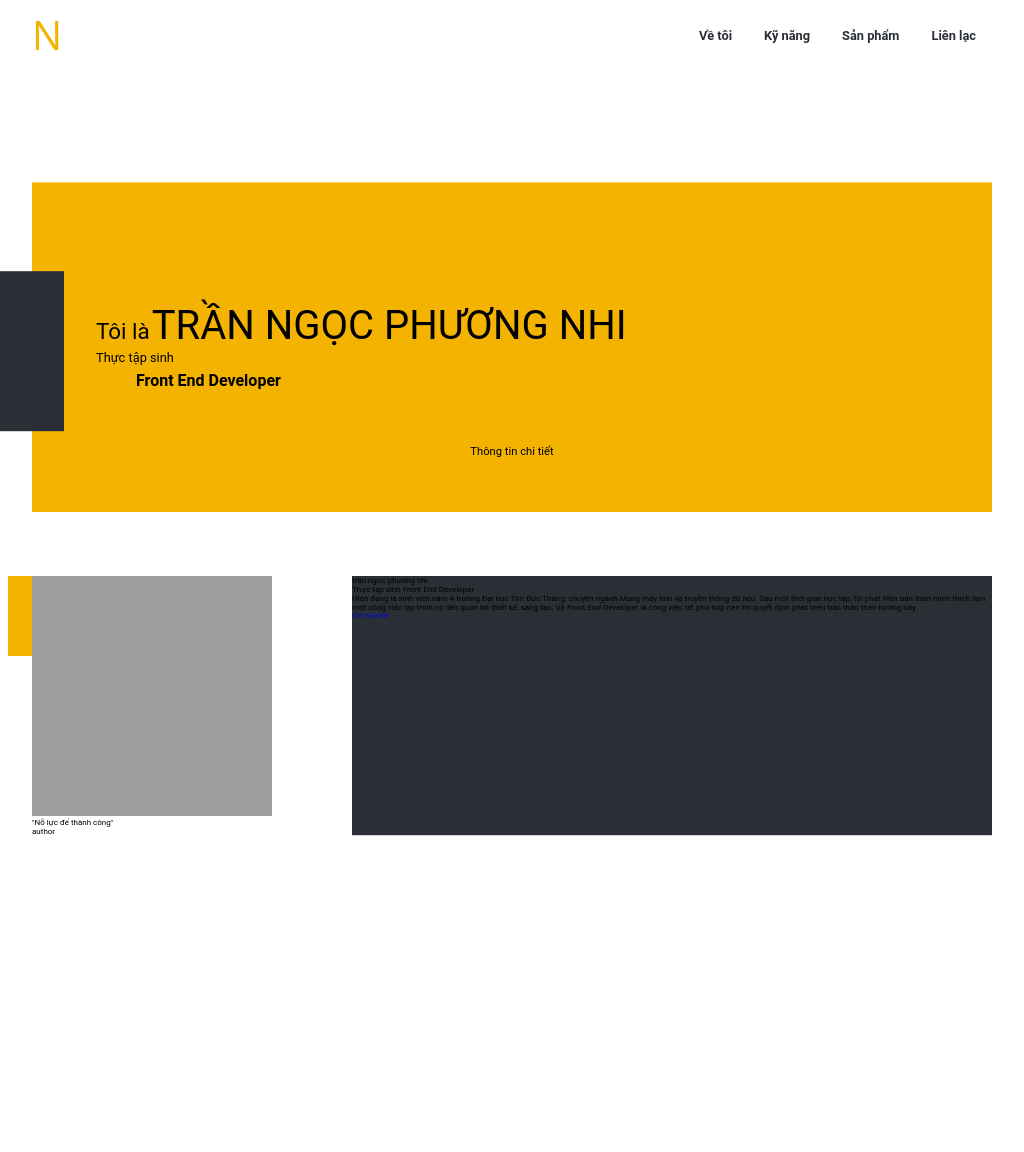
Repository: TranNgocPhuongNhi/my-portfolio
Page: index.html
The author's editor kept a copy of each file at every save. The page is drawn from the files as they stood at one save, then again after the next save.
The browser window is 1280 px wide. The pictures show the whole page, at 80% of full size.
Pictures or frames that could not be fetched are drawn as grey boxes. Some icons come from a web library that is not loaded, so they are not drawn. Some web libraries are served in a nearby version.

Above is the page before, as saved 2021-07-04 16:01:03.

### index.html
<!DOCTYPE html>
<html lang="en">
<head>
    <meta charset="UTF-8">
    <meta http-equiv="X-UA-Compatible" content="IE=edge">
    <meta name="viewport" content="width=device-width, initial-scale=1.0">
    <title>My Portfolio</title>
    <link rel="stylesheet" href="https://pro.fontawesome.com/releases/v5.10.0/css/all.css" integrity="sha384-AYmEC3Yw5cVb3ZcuHtOA93w35dYTsvhLPVnYs9eStHfGJvOvKxVfELGroGkvsg+p" crossorigin="anonymous"/>
    <link rel="stylesheet" href="resources/css/main.css">
    <link rel="stylesheet" href="resources/css/responsive.css">
    <link rel="shortcut icon" href="favicon.ico">
</head>
<body>
    <header id="header">
        <nav class="header__nav">
            <div class="container">
                <div class="header__nav-content">
                    <!-- <img src="" alt="logo"> -->
                    <a href="#index.html" class="header__nav-logo">N</a>
                    <ul class="header__nav-list">
                        <li class="nav-item"><a href="#about">Về tôi</a></li>
                        <li class="nav-item"><a href="#skills">Kỹ năng</a></li>
                        <li class="nav-item"><a href="#products">Sản phẩm</a></li>
                        <li class="nav-item"><a href="#contact">Liên lạc</a></li>
                    </ul>
                </div>
            </div>
        </nav>
        <div class="container">
            <div class="header__info">
                <div class="header__info-content">
                    <div class="header__info-name">
                        <span>Tôi là</span>
                        <span class="header__info-fullname">trần ngọc phương nhi</span>
                    </div>
                    <div class="header__info-specialize">
                        <p>Thực tập sinh</p>
                        <p>Front End Developer</p>
                    </div>
                </div>
                <div class="header__info-more">
                    <p>Thông tin chi tiết</p>
                    <div class="header__info-down">
                        <a href="#about">
                            <i class="fal fa-chevron-double-down"></i>
                        </a>
                    </div>
                </div>
            </div>
        </div>

    </header>

    <!-- About me -->
    <section id="about">
        <div class="container">
            <div class="row about__">
                <div class="col-1-3 about__avatar">
                    <img src="https://media-cdn.laodong.vn/Storage/NewsPortal/2021/2/13/880159/Vuong-Bat-Bac-9.png" alt="my avatar" />
                    <div class="about__quote">
                        <p>"Nỗ lực để thành công"</p>
                        <p>author</p>
                    </div>
                </div>
                <div class="col-3-1 about__content">
                    <div class="about__info">
                        <p>trần ngọc phương nhi</p>
                        <p>Thực tập sinh Front End Developer</p>
                    </div>
                    <p class="about__text">
                        Hiện đang là sinh viên năm 4 trường Đại học  Tôn Đức Thắng,
                        chuyên ngành Mạng máy tính và truyền thông dữ liệu. Sau một
                        thời gian học tập, tôi phát hiện bản thân mình thích làm một
                        công việc lập trình có liên quan tới thiết kế, sáng tạo. Và Front
                        End Developer là công việc rất phù hợp nên tôi quyết định phát
                        triển bản thân theo hướng này.
                    </p>
                    <a href="#" class="about__CV">CV của tôi</a>
                </div>
            </div>
        </div>
    </section>

</body>
</html>

### resources/css/main.css
:root {
    --primary1: #F4B301;
    --primary2: #2A2F35;
    --secondary: #F7F7F7;
    --white: #fff;
    --footer: #3B4046;
}

html {
    font-size: 62.5%;
    font-family: "Roboto", "Helvetica Neue", sans-serif;
    scroll-behavior: smooth;
}

* {
    padding: 0;
    margin: 0;
    box-sizing: border-box;
}

ul, li {
    list-style: none;
}

a {
    text-decoration: none;
}

.container {
    width: 120rem;
    max-width: 100%;
    margin: 0 auto;
}

.row {
    display: flex;
    position: relative;
}

.col-1-3 {
    width: calc(100% / 3);
}

.col-3-1 {
    width: calc(100% * 2 / 3);
}

/* ========================================= HEADER ============================= */
#header {
    height: 100vh;
    position: relative;
}

/* Scroll nav */
.nav-scroll {
    background-color: var(--white);
    box-shadow: 0 0.3rem 1.5rem rgba(0, 0, 0, 0.2);
}

.header__nav {
    padding: 1rem 0;
}

.header__nav-content {
    display: flex;
    justify-content: space-between;
    align-items: center;
}

.header__nav-logo {
    font-size: 5rem;
    font-family: 'Open Sans';
    color: var(--primary1);
}

.header__nav-list {
    display: flex;
}

.nav-item {
    padding: 0 2rem;
}

.nav-item a{
    font-size: 1.6rem;
    font-weight: 600;
    color: var(--primary2);
}

.nav-item a:hover {
    border-bottom: 0.3rem solid var(--primary1);
    animation: toRight 0.4s ease;
}

.header__info {
    background-color: var(--primary1);
    padding: 15rem 8rem;
    position: relative;
    top: 14rem;
}

.header__info::before {
    content: '';
    display: block;
    width: 8rem;
    height: 20rem;
    background-color: var(--primary2);
    position: absolute;
    top: 27%;
    left: -4rem;
}

.header__info-name span:first-child{
    font-size: 2.8rem;
}

.header__info-fullname {
    font-size: 5rem;
    text-transform: uppercase;
}

.header__info-specialize {
    line-height: 1.5;
}

.header__info-specialize p:first-child {
    font-size: 1.6rem;
}

.header__info-specialize p:last-child {
    font-size: 2rem;
    font-weight: bold;
    margin-left: 5rem;
}

.header__info-more {
    text-align: center;
    font-size: 1.4rem;
    line-height: 2;
    position: absolute;
    top: 85%;
    left: 50%;
    transform: translate(-50%, -50%);
}

.header__info-down:hover {
    width: 5rem;
    height: 5rem;
    line-height: 3.5;
    border-radius: 50%;
    border: 2px solid var(--white);
    margin: 0 auto;
    cursor: pointer;
}

.fa-chevron-double-down {
    color: var(--white);
}

/* =========================================== ABOUT ME ====================================== */
#about {
    height: 100vh;
}

.about__avatar img {
    width: 30rem;
    height: 30rem;
}

.about__avatar::before {
    content: '';
    display: block;
    width: 10rem;
    height: 10rem;
    background-color: var(--primary1);
    position: absolute;
    top: 0;
    left: -3rem;
    z-index: -1;
}

.about__content {
    background-color: var(--primary2);
}

/* =========================================== MY SKILLS ====================================== */



/* =========================================== MY PRODUCTS ====================================== */



/* =========================================== CONTACT ME ====================================== */



/* =========================================== ANIMATION ====================================== */
@keyframes toRight {
    0% {
        /* opacity: 0; */
        transform: translateX(-100%);
    }
    100% {
        /* opacity: 1; */
        transform: translateX(0%);
    }
}

### resources/css/responsive.css

/* Large devices (desktops, less than 1200px) */
@media (max-width: 1199.98px) {

}

/* Medium devices (tablets, less than 992px) */
@media (max-width: 991.98px) {

}

/* Small devices (landscape phones, less than 768px) */
@media (max-width: 767.98px) {

}

/* Extra small devices (portrait phones, less than 576px) */
@media (max-width: 575.98px) {

}

After the next save:
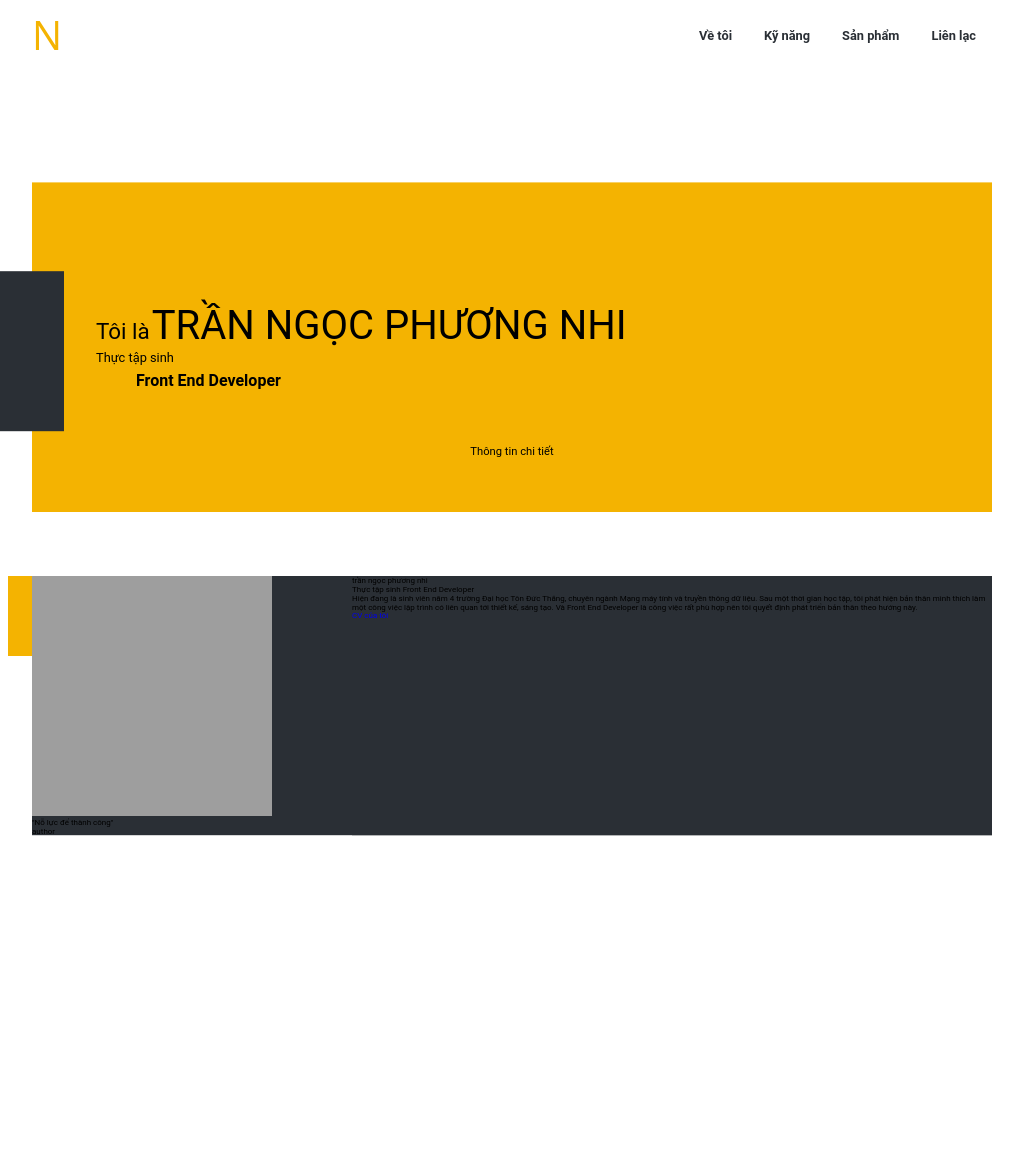
Saved 4 s later.
--- a/index.html
+++ b/index.html
@@ -54,7 +54,7 @@
     <!-- About me -->
     <section id="about">
         <div class="container">
-            <div class="row about__">
+            <div class="row about__content">
                 <div class="col-1-3 about__avatar">
                     <img src="https://media-cdn.laodong.vn/Storage/NewsPortal/2021/2/13/880159/Vuong-Bat-Bac-9.png" alt="my avatar" />
                     <div class="about__quote">

After the 2 saves that followed:
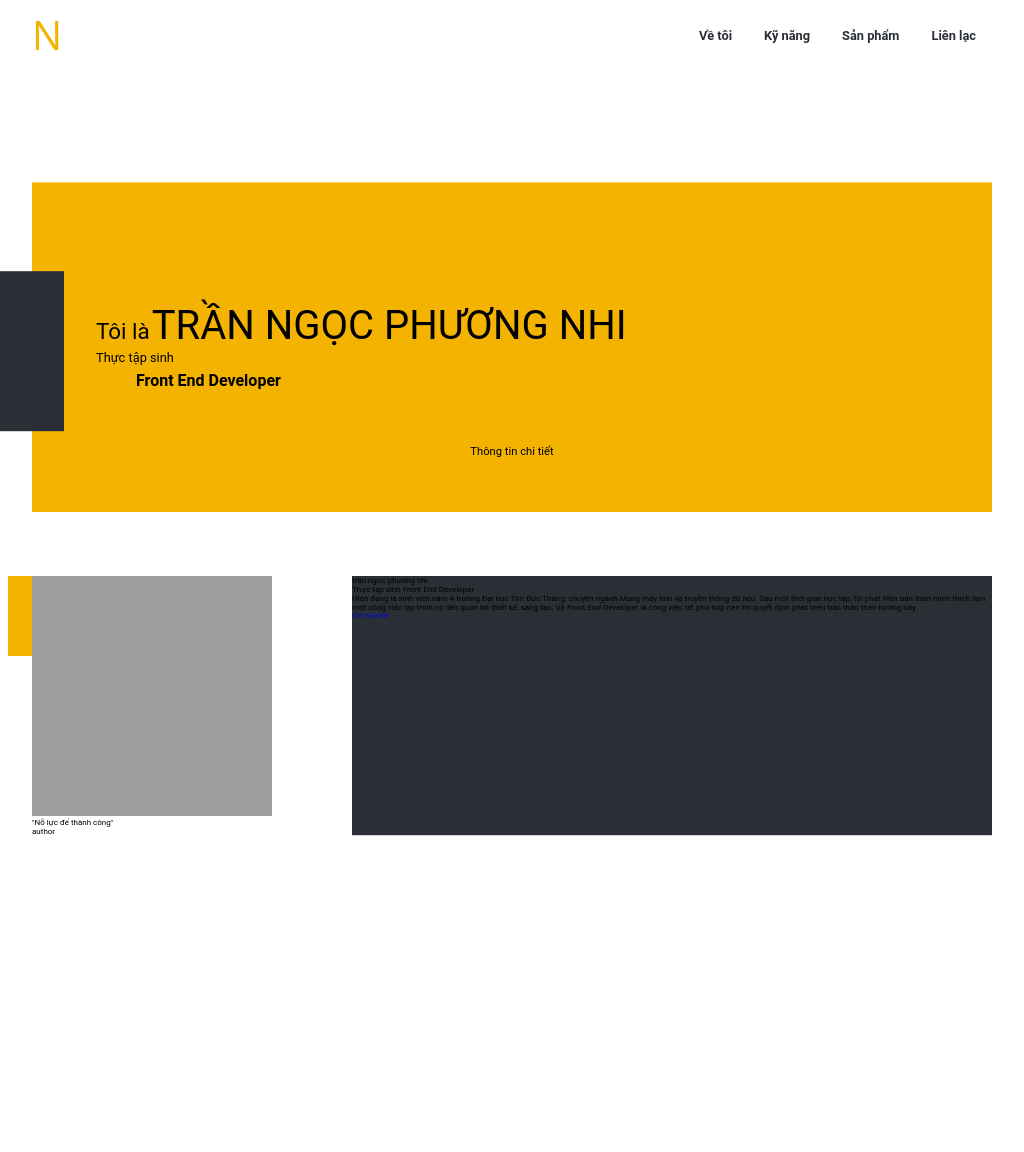
The 2 saves are shown as one change because they came seconds apart.
The last was saved 20 s later.
--- a/index.html
+++ b/index.html
@@ -54,7 +54,7 @@
     <!-- About me -->
     <section id="about">
         <div class="container">
-            <div class="row about__content">
+            <div class="row">
                 <div class="col-1-3 about__avatar">
                     <img src="https://media-cdn.laodong.vn/Storage/NewsPortal/2021/2/13/880159/Vuong-Bat-Bac-9.png" alt="my avatar" />
                     <div class="about__quote">
